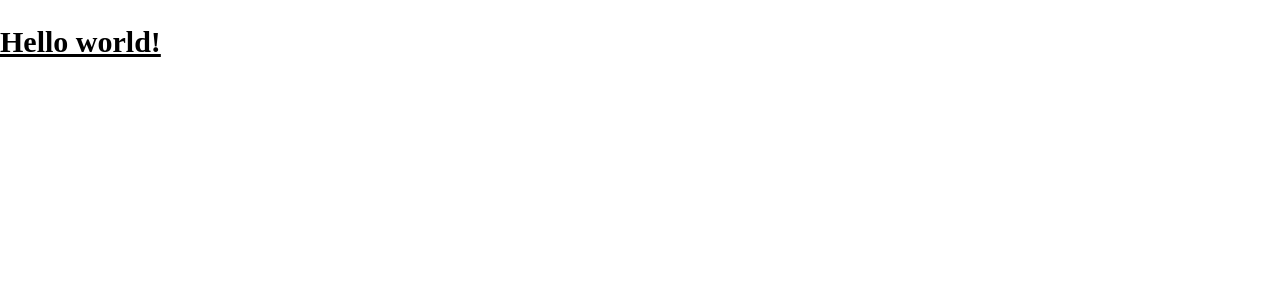
Repository: Gunplay/Smart-Home
Page: /
The author's editor kept a copy of each file at every save. The page is drawn from the files as they stood at one save, then again after the next save.
The browser window is 1280 px wide. The pictures show the whole page.
The project was rebuilt for these pictures with package versions that can differ from the ones it lists, and the page was loaded fresh each time. Also part of the build but not shown: vite.config.js, vite.config.ts.

Above is the page before, as saved 2024-06-12 16:44:22.

After the next save:
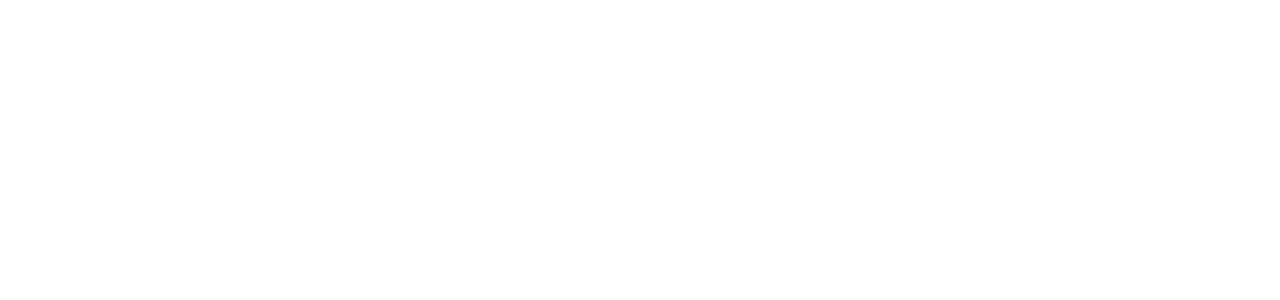
Console error: ReferenceError: Button is not defined
Saved 11 s later.
--- a/src/components/Header/index.tsx
+++ b/src/components/Header/index.tsx
@@ -1,5 +1,3 @@
-import { Button } from '@headlessui/react';
-
 export default function Header() {
 	return (
 		<>

After the 2 saves that followed:
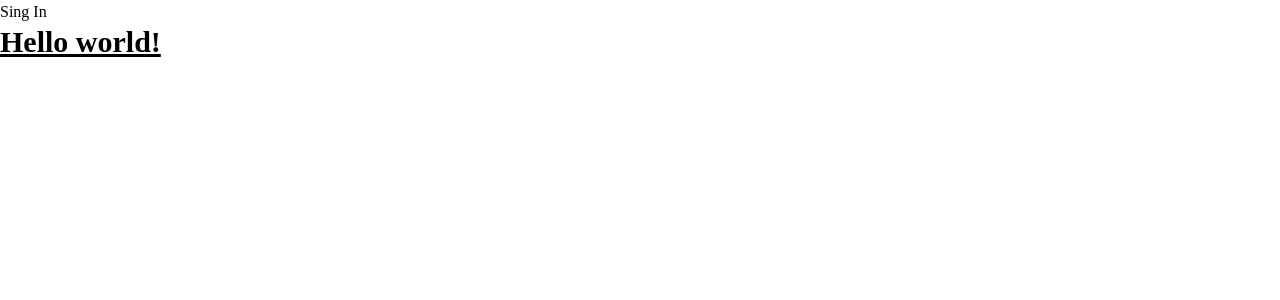
The error is gone.
The 2 saves are shown as one change because 1 left the picture as it was.
The last was saved 28 s later.
--- a/src/components/Header/index.tsx
+++ b/src/components/Header/index.tsx
@@ -1,3 +1,5 @@
+import Button from '../Button';
+
 export default function Header() {
 	return (
 		<>
--- a/src/components/Button/index.tsx
+++ b/src/components/Button/index.tsx
@@ -1,15 +1,5 @@
-import { Button } from '@material-tailwind/react';
-
-const MyComponent = () => {
-	return (
-		<Button
-			variant='text'
-			color='blue' // Пример необходимого пропса
-			onClick={() => console.log('Button clicked')} // Пример необходимого обработчика события
-		>
-			Click Me
-		</Button>
-	);
+const Button = () => {
+	return <button>Sing In</button>;
 };
 
-export default MyComponent;
+export default Button;
